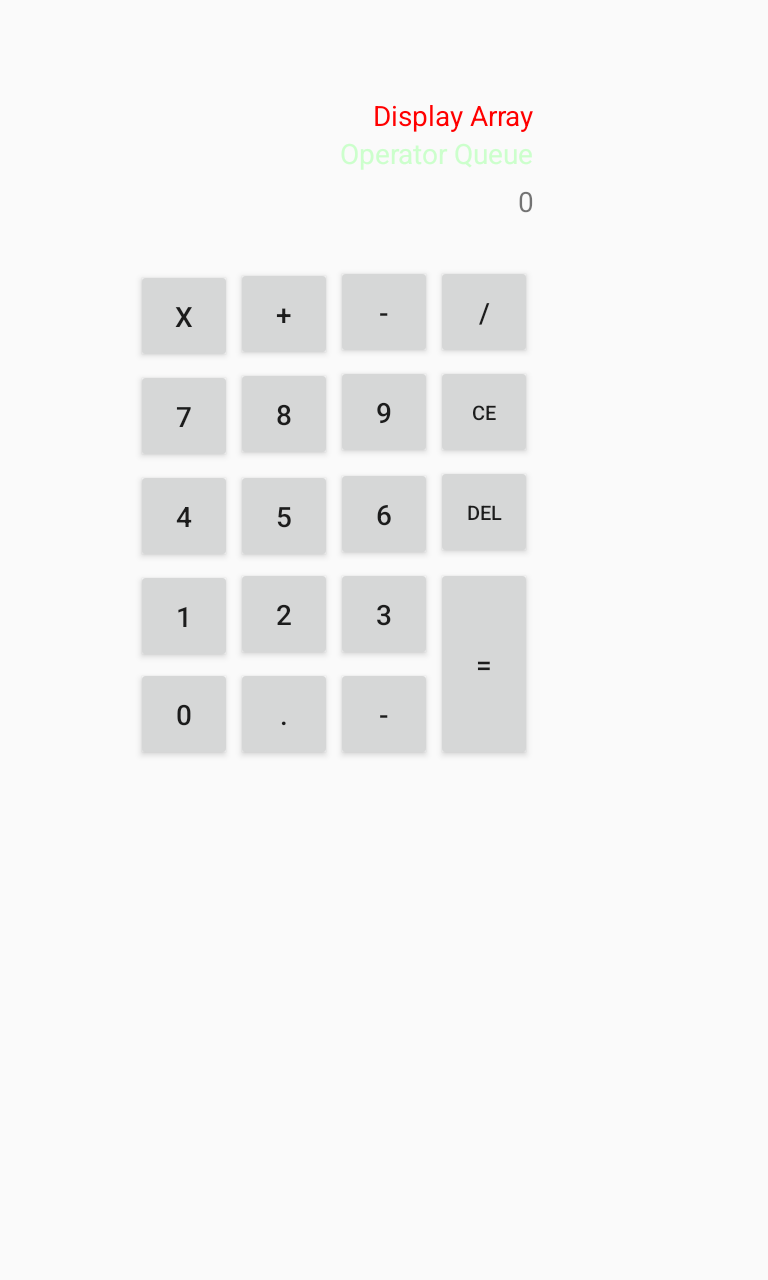
Repository: expensivecow/Calculator
Layout: Calculator_Implementation/res/layout/activity_main.xml
An editor plug-in stored every save of this project. The layout is shown before and after the next save, followed by the edit.
It is drawn on a 768 x 1280 px phone screen (xhdpi) without system bars, with theme AppTheme; the app's code is not run.

Above is the layout before, as saved 2014-10-08 19:04:15.

After the next save:
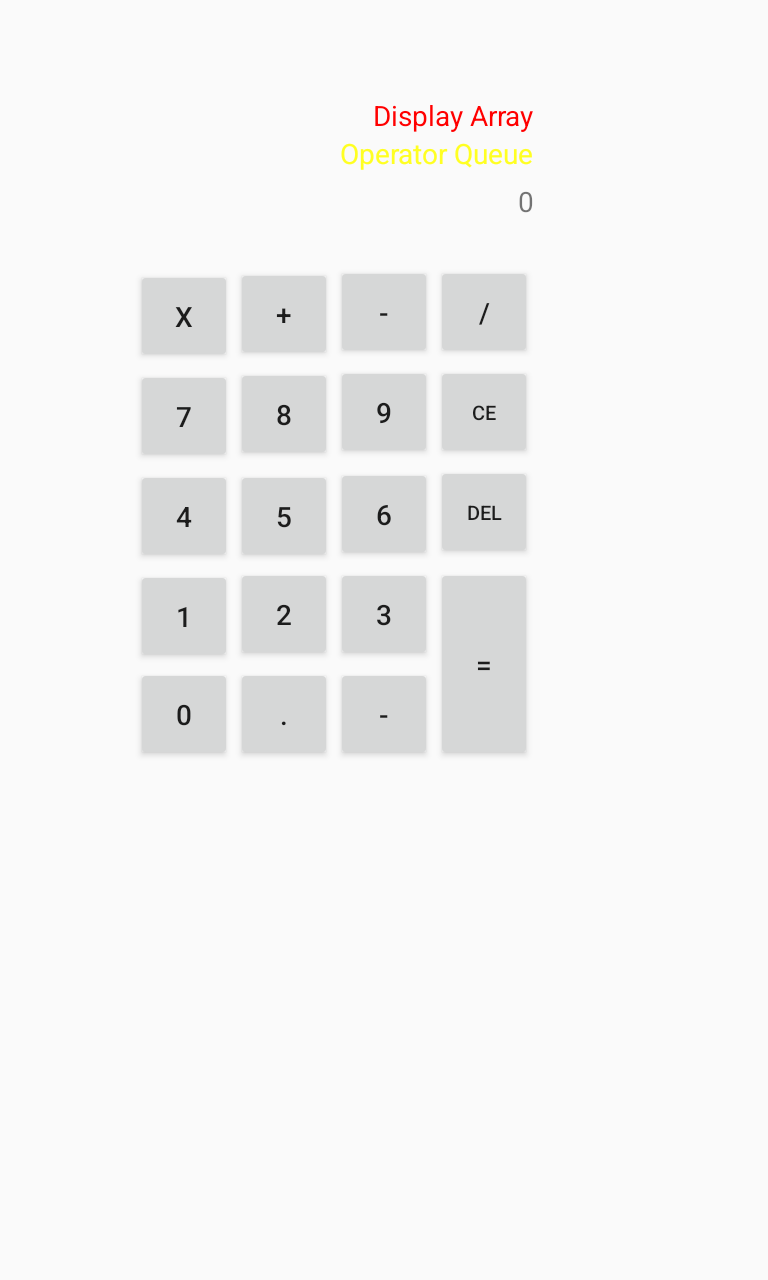
Saved 10 s later.
--- a/Calculator_Implementation/res/layout/activity_main.xml
+++ b/Calculator_Implementation/res/layout/activity_main.xml
@@ -196,7 +196,7 @@
         android:layout_height="wrap_content"
         android:layout_alignRight="@+id/DisplayResult"
         android:layout_below="@+id/DisplayArray"
-        android:textColor="#CCFFCC"
+        android:textColor="#FFFF22"
         android:text="@string/Operators" />
 
 </RelativeLayout>
